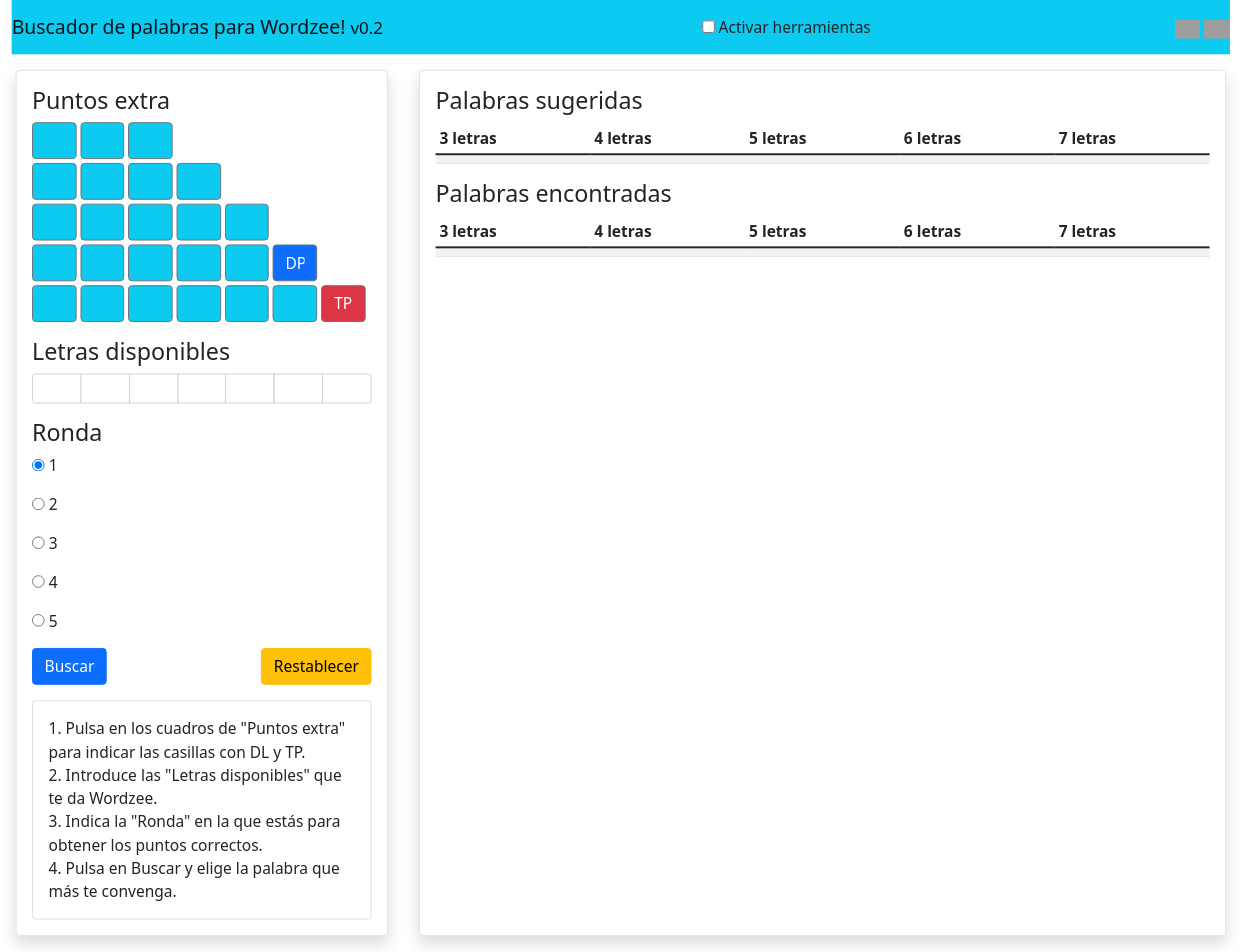
Repository: angelcafe/wordzee-bp_javascript
Page: index.html
The author's editor kept a copy of each file at every save. The page is drawn from the files as they stood at one save, then again after the next save.
The browser window is 1280 px wide. The pictures show the whole page, at 97% of full size.
Pictures or frames that could not be fetched are drawn as grey boxes.

Above is the page before, as saved 2021-10-22 21:46:11.

After the next save:
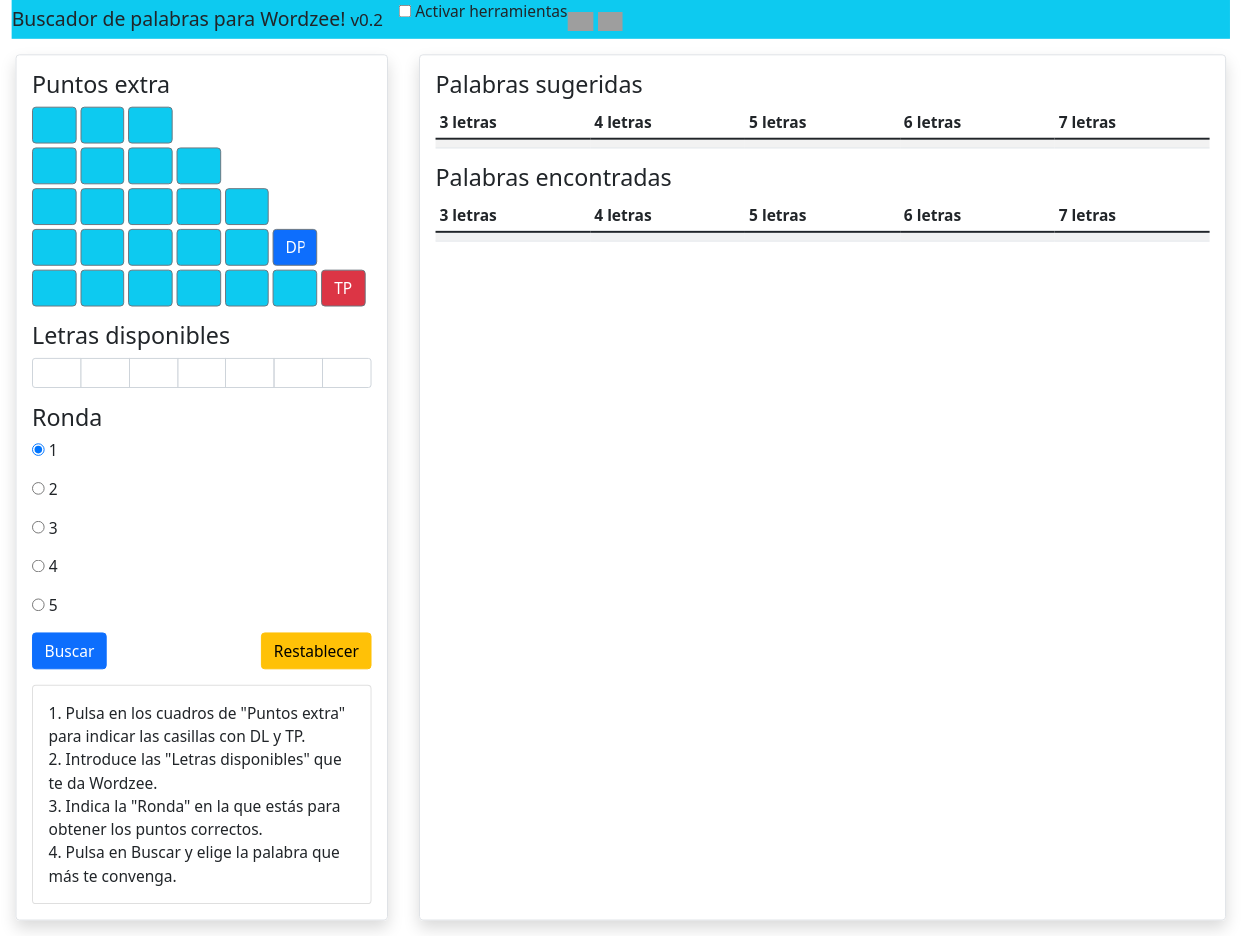
Saved 119 s later.
--- a/index.html
+++ b/index.html
@@ -18,7 +18,7 @@
 <body>
     <div class="container-fluid pl-2 pr-2">
         <!-- Cabecera -->
-        <nav class="navbar navbar-light bg-info">
+        <nav class="nav bg-info">
             <span class="navbar-brand">Buscador de palabras para Wordzee! <small>v0.2</small></span>
             <div class="custom-control custom-switch custom-control-inline">
                 <input class="custom-control-input" type="checkbox" id="idActivarHerramientas">
